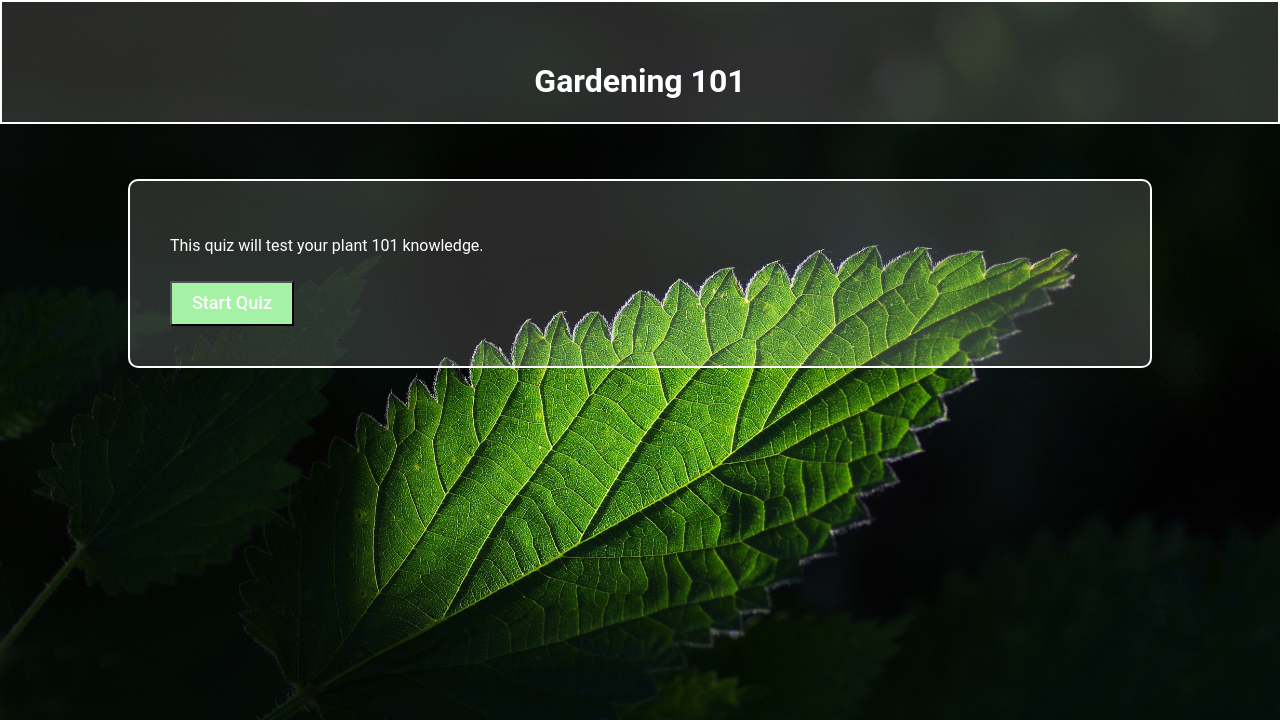
Repository: kaitlynMidori/gardening101
Page: index.html
The author's editor kept a copy of each file at every save. The page is drawn from the files as they stood at one save, then again after the next save.
The browser window is 1280 px wide. The pictures show the whole page.
The pointer rests on the first visible `button`.

Above is the page before, as saved 2021-06-10 13:44:30.

### index.html
<!DOCTYPE html>
<html lang="en">

<head>
    <meta charset="UTF-8">
    <meta name="viewport" content="width=device-width, initial-scale=1.0">
    <meta http-equiv="X-UA-Compatible" content="ie=edge">
    <title>Quiz App</title>
    <link href="https://cdnjs.cloudflare.com/ajax/libs/normalize/8.0.1/normalize.min.css" rel="stylesheet" type="text/css" />
    <link href="app.css" rel="stylesheet" type="text/css" />

</head>

<body>
    <header>
        <h1>Gardening 101</h1>
    </header>
    <main></main>
    <script src="https://code.jquery.com/jquery-3.4.1.slim.js" crossorigin="anonymous"></script>
    <script src="app.js"></script>
</body>

</html>

### app.css
/* Your styles should be mobile-first and responsive */


/**
  * If you are unclear on how to utilize a mobile-first, responsive technique to write your CSS, here is an example:
  *
  * https://github.com/andreacardybailey/responsive_example/blob/master/styles/responsive-base.css
  *
*/

* {
    box-sizing: border-box;
}


body {

    font-family: "Roboto", sans-serif;
    color: white;
    margin: 0;
    background: cover;
    background-image: url("screenshots/leaf.jpg");
    background-repeat: repeat;
    background-size: cover;
    background-color: white;
}

header {
    border: 2px solid white;
    background: rgba(255, 255, 255, 0.15);
    padding: 40px 0 0 0;
    color: white;
}

h1 {
    text-align: center;
}

.question-and-score {
    border: 2px solid white;
    background: rgba(255, 255, 255, 0.15);
    font-size: 30px;
    font-weight: 600px;
    color: white;
    text-align: center;
    list-style: none;
}

button{
    margin-top: 10px;
    height: auto;
    font-size: 18px;
    font-weight: 500;
    text-align: center;
    color: white;
    cursor: pointer;
    margin-bottom: 0;
    /* border-radius: 3px; */
    padding: 10px 20px;
}

.start-screen,
fieldset {
    border: 2px solid white;
    width: 80%;
    padding: 40px;
    margin: 55px auto 0 auto;
    background: rgba(255, 255, 255, 0.15);
    border-radius: 10px;
}

legend {
    font-weight: 700;
    font-size: 18px;
}

.question-form .question {
    margin-bottom: 20px;
    padding: 0 2%;
    font-size: 20px;
    font-weight: 600px;
}

.options ul {
    list-style: none;
    margin: 0;
    text-align: left;
}

label {
    font-size: 18px;
}

.options span {
    display: block;
    border-radius: 5px;
}

.right-answer {
    background: ivory;
    padding: 10px 20px;
    margin: 5px 20px;
    border: 2px solid greenyellow;
}

.wrong-answer {
    background: ivory;
    padding: 10px;
    margin: 5px 20px;
    border: 2px solid #fe0000;
}

.question-form button {
    border: 2px solid white;
    float: right;
}

button:hover:enabled,
button:focus:enabled {
    background-color: rgb(165, 241, 165);
    -webkit-transition: background 0.1s;
    -moz-transition: background 0.1s;
    -o-transition: background 0.1s;
    transition: background 0.1s;
}

button:disabled {
    opacity: 0.5;
}

#next-question-btn {
    display: none;
}

### app.js
/**
 * Example store structure
 */
// const store = {
// 5 or more questions are required
//     questions: [{
//             question: 'What color is broccoli?',
//             answers: [
//                 'red',
//                 'orange',
//                 'pink',
//                 'green'
//             ],
//             correctAnswer: 'green'
//         },
//         {
//             question: 'What is the current year?',
//             answers: [
//                 '1970',
//                 '2015',
//                 '2019',
//                 '2005'
//             ],
//             correctAnswer: '2019'
//         }
//     ],
//     quizStarted: false,
//     questionNumber: 0,
//     score: 0
// };

const STORE = {
    questions: [ //1
        {
            question: 'Which of the following is a health benefit from gardening?',
            answers: [
                'Reduces Stress & improves mood',
                'Reduces risk of dementia',
                'Improves heart health and reduces risk of stroke',
                'All of the above'
            ],
            correctAnswer: 'All of the above'
        },
        //2
        {
            question: 'Which of the following are indoor plants?',
            answers: [
                'Fiddle Leaf Fig',
                'Dragon Tree',
                'Rubber Plant',
                'All of the above'
            ],
            correctAnswer: 'All of the above'
        },
        //3
        {
            question: 'What are the most common ways to kill a plant?',
            answers: [
                'Overwatering',
                'Underwatering',
                'Incorrect sun exposure',
                'All of the above'
            ],
            correctAnswer: 'All of the above'
        },
        //4
        {
            question: 'What are some ways to keep your plants happy?',
            answers: ['Provide correct watering needs', 'Keep free of dust', 'Fertilize it', 'All of the above'],
            correctAnswer: 'All of the above'
        },
        //5
        {
            question: 'What are signs of an unhappy plant?',
            answers: [
                'Wilted leaves',
                'Yellowing/browning leaves',
                ' Bugs or fungal growth',
                'All of the above'
            ],
            correctAnswer: 'All of the above'
        }
    ],
    quizStarted: false,
    currentQuestion: 0,
    score: 0
};
/**
 *
 * Technical requirements:
 *
 * Your app should include a render() function, that regenerates the view each time the store is updated.
 * See your course material and access support for more details.
 *
 * NO additional HTML elements should be added to the index.html file.
 *
 * You may add attributes (classes, ids, etc) to the existing HTML elements, or link stylesheets or additional scripts if necessary
 *
 * SEE BELOW FOR THE CATEGORIES OF THE TYPES OF FUNCTIONS YOU WILL BE CREATING 👇
 *
 */

/********** TEMPLATE GENERATION FUNCTIONS **********/

// These functions return HTML templates

/********** RENDER FUNCTION(S) **********/

// This function conditionally replaces the contents of the <main> tag based on the state of the store

/********** EVENT HANDLER FUNCTIONS **********/

// These functions handle events (submit, click, etc)

/**
 * Generates HTML for the start screen
 */
function generateStartScreenHtml() {
    return `
    <div class="start-screen">
      <p>This quiz will test your plant 101 knowledge.</p>
      <button type="button" id="start">Start Quiz</button>
    </div>
  `;
}

/**
 * Generates the HTML for the section of the app
 * that displays the question number and the score
 */
function generateQuestionNumberAndScoreHtml() {
    return `
    <ul class="question-and-score">
      <li id="question-number">
        Question Number: ${STORE.currentQuestion + 1}/${STORE.questions.length}
      </li>
      <li id="score">
        Score: ${STORE.score}/${STORE.questions.length}
      </li>
    </ul>
  `;
}
/**
 * Generates the list of possible answers for
 * one question
 */
function generateAnswersHtml() {
    const answersArray = STORE.questions[STORE.currentQuestion].answers
    let answersHtml = '';
    let i = 0;

    answersArray.forEach(answer => {
        answersHtml += `
      <div id="option-container-${i}">
        <input type="radio" name="options" id="option${i + 1}" value= "${answer}" tabindex ="${i + 1}" required>
        <label for="option${i + 1}"> ${answer}</label>
      </div>
    `;
        i++;
    });
    return answersHtml;
}
/**
 * Generates the HTML to display one question
 */
function generateQuestionHtml() {
    let currentQuestion = STORE.questions[STORE.currentQuestion];
    return `
    <form id="question-form" class="question-form">
      <fieldset>
        <div class="question">
          <legend> ${currentQuestion.question}</legend>
        </div>
        <div class="options">
          <div class="answers">
            ${generateAnswersHtml()}
          </div>
        </div>
        <button type="submit" id="submit-answer-btn" tabindex="5">Submit</button>
        <button type="button" id="next-question-btn" tabindex="6"> Next &gt;></button>
      </fieldset>
    </form >
  `;
}

/**
 * Generates the HTML for the results screen
 */
function generateResultsScreen() {
    return `
    <div class="results">
      <form id="js-restart-quiz">
        <fieldset>
          <div class="row">
            <div class="col-12">
              <legend>Your Score is: ${STORE.score}/${STORE.questions.length}</legend>
            </div>
          </div>

          <div class="row">
            <div class="col-12">
              <button type="button" id="restart"> Restart Quiz </button>
            </div>
          </div>
        </fieldset>
    </form>
    </div>
  `;
}

/**
 * @param {string} answerStatus - 'correct' / 'incorrect'
 * @returns {string} - HTML providing the user with feedback
 * regarding whether their answer was correct or incorrect.
 */
function generateFeedbackHTML(answerStatus) {
    let correctAnswer = STORE.questions[STORE.currentQuestion].correctAnswer;
    let html = '';
    if (answerStatus === 'correct') {
        html = `
    <div class="right-answer">That is correct!</div>
    `;
    } else if (answerStatus === 'incorrect') {
        html = `
      <div class="wrong-answer">That is incorrect. The correct answer is ${correctAnswer}.</div>
    `;
    }
    return html;
}

/********** RENDER FUNCTION **********/

/**
 * All-purpose render function that will conditionally
 * render the page based upon the state of the STORE.
 */
function render() {
    let html = '';

    if (STORE.quizStarted === false) {
        $('main').html(generateStartScreenHtml());
        return;
    } else if (STORE.currentQuestion >= 0 && STORE.currentQuestion < STORE.questions.length) {
        html = generateQuestionNumberAndScoreHtml();
        html += generateQuestionHtml();
        $('main').html(html);
    } else {
        $('main').html(generateResultsScreen());
    }
}

/********** EVENT HANDLER FUNCTIONS **********/

/**
 * Handles a click of the quiz's start button
 */
function handleStartClick() {
    $('main').on('click', '#start', function(event) {
        STORE.quizStarted = true;
        render();
    });
}

/**
 * Handles the click of the "next" button
 */
function handleNextQuestionClick() {
    $('body').on('click', '#next-question-btn', (event) => {
        render();
    });
}

/**
 * Handles the submission of the question form
 */
function handleQuestionFormSubmission() {
    $('body').on('submit', '#question-form', function(event) {
        event.preventDefault();
        const currentQuestion = STORE.questions[STORE.currentQuestion];

        // get value from checkbox checked by user
        let selectedOption = $('input[name=options]:checked').val();
        /**
         * Creates an id '#option-container' + the index of
         * the current question in the answers array.
         *
         * Example: #option-container-0
         */
        let optionContainerId = `#option-container-${currentQuestion.answers.findIndex(i => i === selectedOption)}`;

        if (selectedOption === currentQuestion.correctAnswer) {
            STORE.score++;
            $(optionContainerId).append(generateFeedbackHTML('correct'));
        } else {
            $(optionContainerId).append(generateFeedbackHTML('incorrect'));
        }
        STORE.currentQuestion++;
        // hide the submit button
        $('#submit-answer-btn').hide();
        // disable all inputs
        $('input[type=radio]').each(() => {
            $('input[type=radio]').attr('disabled', true);
        });
        // show the next button
        $('#next-question-btn').show();

    });
}
/**
 * Resets all values to prepare to restart quiz
 */
function restartQuiz() {
    STORE.quizStarted = false;
    STORE.currentQuestion = 0;
    STORE.score = 0;
}

function handleRestartButtonClick() {
    $('body').on('click', '#restart', () => {
        restartQuiz();
        render();
    });
}

function handleQuizApp() {
    render();
    handleStartClick();
    handleNextQuestionClick();
    handleQuestionFormSubmission();
    handleRestartButtonClick();
}

$(handleQuizApp);

After the next save:
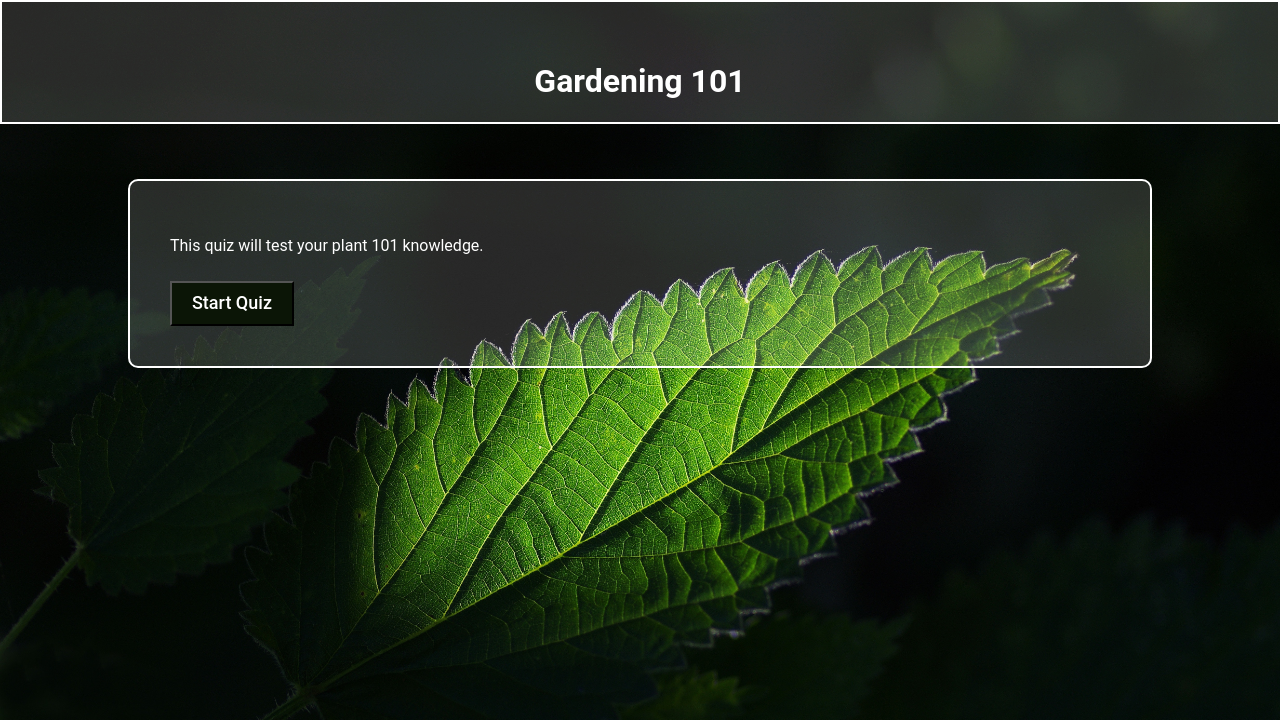
Saved 2 min 18 s later.
--- a/app.css
+++ b/app.css
@@ -117,7 +117,7 @@ label {
 
 button:hover:enabled,
 button:focus:enabled {
-    background-color: rgb(165, 241, 165);
+    background-color: rgb(11, 21, 6);
     -webkit-transition: background 0.1s;
     -moz-transition: background 0.1s;
     -o-transition: background 0.1s;
